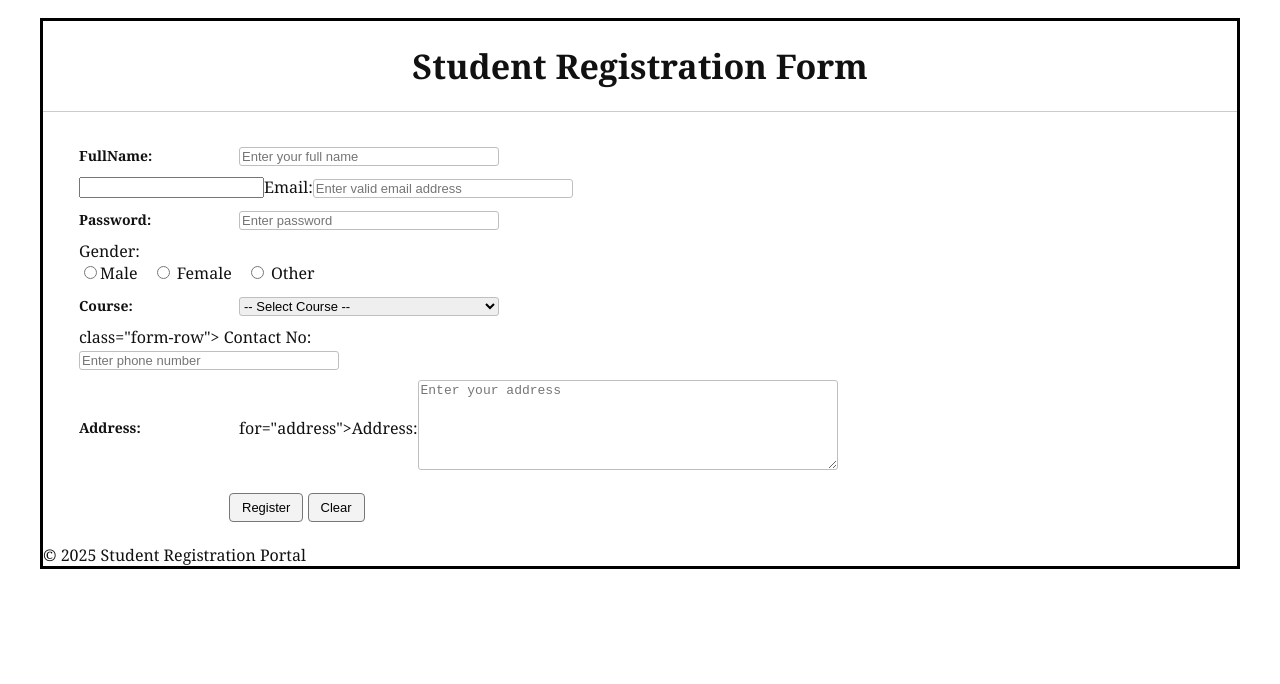
Repository: Glory998/ELCE1-32
Page: experiment5.html
The author's editor kept a copy of each file at every save. The page is drawn from the files as they stood at one save, then again after the next save.
The browser window is 1280 px wide. The pictures show the whole page.

Above is the page before, as saved 2025-10-22 21:53:56.

### experiment5.html
<!doctype html>
<html lang="en">
    <head>
        <meta charset="utf-8" />
        <title>Student Registration Form</title>
        <meta name="viewport"
        content="width=device-width,initial-scale=1" />
        <style>
            /* Page layout */
            body {
                font-family: Georgia, "Times New Roman", Times serif;
                margin: 0;
                background: #fff;
                color: #111;
                     }

                     .page {
                        max-width: 1200px;
                        margin: 18px auto;
                        border: 3px solid #000;
                        padding: 0;
                        box-sizing: border-box;
                     }

                     header {
                     text-align: center;
                     padding: 22px 10px;
                     border-bottom: 1px solid #ccc;
                    }

                    header h1 {
                       margin: 0;
                       font-size: 34px;
                       font-weight: 700;
                    }

                    main {
                        padding: 22px 36px;
                        min-height: 380px;
                    }

                    /* Form layout */
                    form {
                        max-width: 960px;
                        margin: 0;
                    }

                    .form-row {
                        display: flex;
                        align-items: center;
                        margin: 10px 0;
                    }

                    .form-row label {
                        width: 150px;
                       /* label column width */
                        min-width: 120px;
                        margin-right: 10px;
                        font-weight: 600;
                        font-size: 14px;
                    }

                    .form-row .controls {
                        flex: 1;
                    }

                    input[type="text"],
                    input[type="email"],
                    input[type="password"],
                    input[type="tel"],
                    select,
                    textarea {
                        font-size: 13px;
                        padding: 6px 8p;
                        border: 1px solid #bfbfbf;
                        border-radius: 3px;
                        box-sizing: border-box;
                        width: 260px;
                    }

                    textarea {
                        width: 420px;
                        height: 90px;
                        resize: vertical;
                    }

                    /* Radio group */
                    .radio-group {
                        display: inline-flex;
                        gap: 14px;
                        align-items: center;
                        font-weight: 400;
                    }

                    /* Buttons */
                    .form-actions {
                        margin-top: 18px;
                        margin-left: 150px; /* align with controls column */
                    }

                    button {
                        padding: 6px 12px;
                        border: 1px solid #777;
                        background: #f3f3f3;
                        cursor: pointer;
                        border-radius: 4px;
                        font-size: 13px;
                        /* Horizontol rule near bottom */
                        .bottom-bar {
                        border-top: 1px solid #ccc;
                        padding: 18px 36px;
                        text-align: center;
                        font-size: 13px;
                    }
                        /* Footer copyright */
                        footer {
                            text-align: center;
                            padding: 12px 20px 24px;
                            font-size: 13px;
                            color: #222;
                        }

                        /* Responsive */
                        @media (max-width: 700px) {
                            .form-row{
                                display: block;
                            }
                            .form-row label {
                                width: auto;
                                margin-bottom: 6px;
                            }
                            input[type="text"],
                            input[type="email"],
                            input[type="password"],
                            input[type="tel"],
                            select,
                            textarea {
                                width: 100%;
                            }
                            .form-actions {
                                margin-left: 0;
                            }
                        }
                        </style>
                        </head>
                        <body>
                        <div class="page">
                            <header>
                            <h1>Student Registration Form</h1>
                        </header>

                            <main>
                                <!-- change method and action as per beckend-->
                                 <form action="#" method="post"
                                 id="studentRegistration">
                                <div class="form-row">
                                    <label for="fullname">FullName:</label>
                                <div class="controls">
                                    <input id="fullname"
                                    name="fullname" type="text"
                                    placeholder="Enter your full name" required />
                                    </div>
                                    </div>

                                    <div class="form-row">
                                    <input id="email">Email:</label>
                                    <div class="controls">
                                        <input id="email"
                                        name="email" type="email"
                                        placeholder="Enter valid email address" required />
                                        </div>
                                        </div>
                                        <div class="form-row">
                                            <label
                                             for="password">Password:</label>
                                             <div class="controls">
                                                <input id="password"
                                                name="password" type="password"
                                                placeholder="Enter password" required minlength="6" />
                                                </div>
                                                </div>

                                                <div class="form-now">
                                                    <label>Gender:</label>
                                                    <div class="controls">
                                                        <div class="radio-group"
                                                        role="radiogroup" aria-label="Gender">
                                                    <label><input type="radio"
                                                        name="gender" value="male" required />Male</label>
                                                        <label><input type="radio" name="gender" value="female" /> Female</label>
                                                        <label><input type="radio"
                                                        name="gender" value="other" /> Other</label>
                                                        </div>
                                                        </div>
                                                        </div>
                                                        <div class="form-row">
                                                            <label for="course">Course:</label>
                                                        <div class="controls">
                                                            <select id="course"
                                                            name="course" required>
                                                        <option value="">-- Select Course --</option>
                                                        <option>B.Tech</option>
                                                        <option>MBA</option>
                                                        <option>MCA</Option>
                                                        <option>Diploma</option>
                                                        <option>Other</option>
                                                        </select>
                                                        </div>
                                                    </div>

                                                        <div> class="form-row">
                                                            <label for="phone">Contact No:</label>
                                                        <div class="controls">
                                                            <input id="phone"
                                                            name="phone" type="tel"
                                                        placeholder="Enter phone number"
                                                    pattern="[0-9]{10}" title="10 digit phone number" />
                                                </div>
                                            </div>

                                            <div class="form-row">
                                            <label
                                            for="address">Address:</label>
                                        for="address">Address:</label>
                                        <div class="controls">
                                            <textarea id="address"
                                            name="address" placeholder="Enter your address"></textarea>
                                        </div>
                                    </div>
                                <div class="form-actions">
                                    <button
                                    type="submit">Register</button>
                                    <button type="reset">Clear</button>
                                    </div>
                                </form>
                                </main>

                                <div class="bottom-bar"></div>
                            <footer>
                                &copy; 2025 Student Registration Portal
                            </footer>
                            </div>
                        </body>
                    </html>






                                                                                         </div>

After the next save:
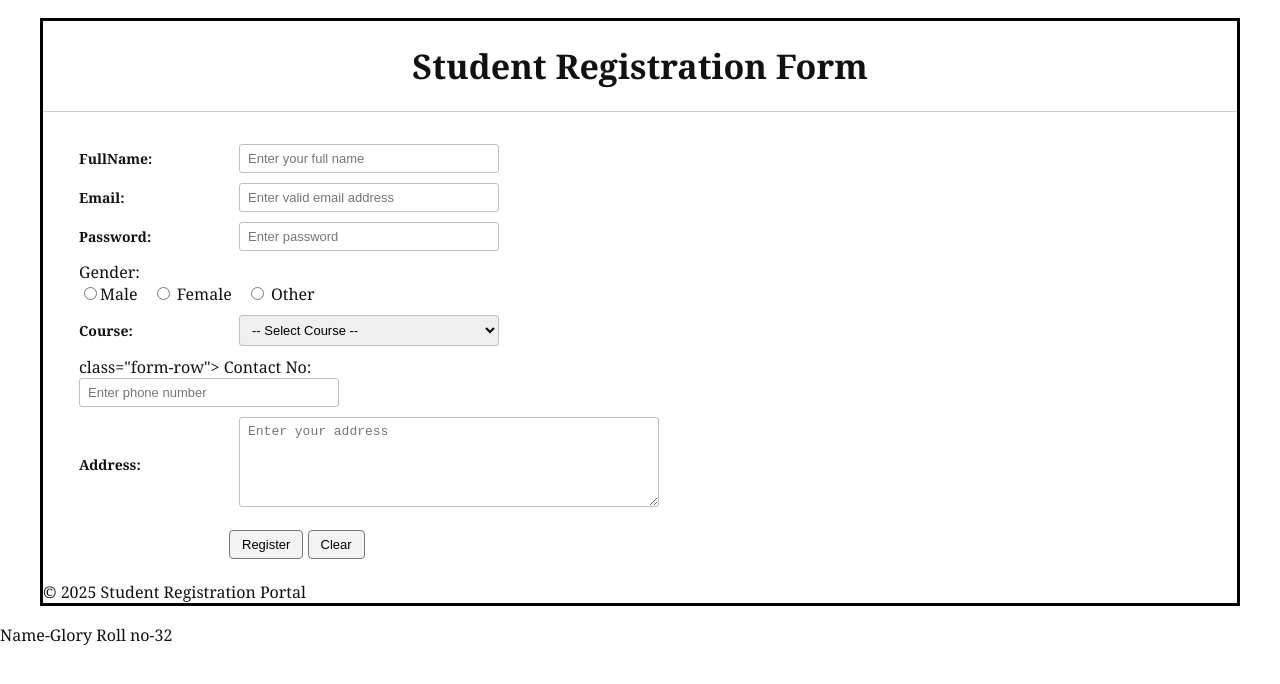
Saved 58 min 29 s later.
--- a/experiment5.html
+++ b/experiment5.html
@@ -71,7 +71,7 @@
                     select,
                     textarea {
                         font-size: 13px;
-                        padding: 6px 8p;
+                        padding: 6px 8px;
                         border: 1px solid #bfbfbf;
                         border-radius: 3px;
                         box-sizing: border-box;
@@ -122,7 +122,7 @@
 
                         /* Responsive */
                         @media (max-width: 700px) {
-                            .form-row{
+                            .form-row {
                                 display: block;
                             }
                             .form-row label {
@@ -163,13 +163,14 @@
                                     </div>
 
                                     <div class="form-row">
-                                    <input id="email">Email:</label>
-                                    <div class="controls">
-                                        <input id="email"
+                                        <label for="email">Email:</label>
+                                        <div class="controls">
+                                    <input id="email"
                                         name="email" type="email"
                                         placeholder="Enter valid email address" required />
                                         </div>
                                         </div>
+
                                         <div class="form-row">
                                             <label
                                              for="password">Password:</label>
@@ -185,14 +186,13 @@
                                                     <div class="controls">
                                                         <div class="radio-group"
                                                         role="radiogroup" aria-label="Gender">
-                                                    <label><input type="radio"
-                                                        name="gender" value="male" required />Male</label>
+                                                    <label><input type="radio" name="gender" value="male" required />Male</label>
                                                         <label><input type="radio" name="gender" value="female" /> Female</label>
-                                                        <label><input type="radio"
-                                                        name="gender" value="other" /> Other</label>
-                                                        </div>
-                                                        </div>
-                                                        </div>
+                                                        <label><input type="radio" name="gender" value="other" /> Other</label>
+                                                        </div>
+                                                        </div>
+                                                        </div>
+
                                                         <div class="form-row">
                                                             <label for="course">Course:</label>
                                                         <div class="controls">
@@ -221,12 +221,12 @@
                                             <div class="form-row">
                                             <label
                                             for="address">Address:</label>
-                                        for="address">Address:</label>
-                                        <div class="controls">
+                                            <div class="controls">
                                             <textarea id="address"
                                             name="address" placeholder="Enter your address"></textarea>
                                         </div>
                                     </div>
+
                                 <div class="form-actions">
                                     <button
                                     type="submit">Register</button>
@@ -236,6 +236,7 @@
                                 </main>
 
                                 <div class="bottom-bar"></div>
+
                             <footer>
                                 &copy; 2025 Student Registration Portal
                             </footer>
@@ -243,6 +244,9 @@
                         </body>
                     </html>
 
+                    Name-Glory
+                    Roll no-32
+
 
 
 
